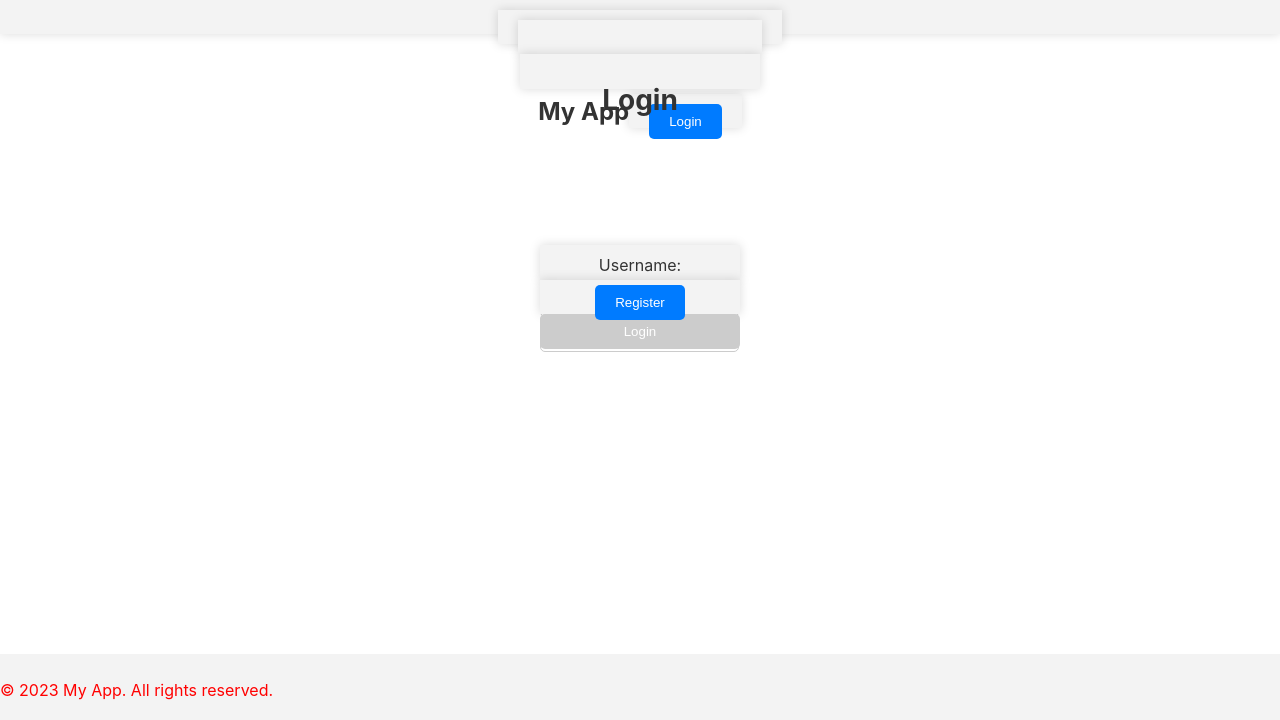
Repository: iMlearnDinG/react-app-v2
Page: /
An editor plug-in stored every save of this project. The page is shown before and after the next save, followed by the edit.
The browser window is 1280 px wide. The pictures show the whole page.
The page's requests for data from a server got no answer. The project was rebuilt for these pictures with package versions that can differ from the ones it lists, and the page was loaded fresh each time. No one was signed in, and anything a server would have sent is missing. Also part of the build but not shown: src/components/Register.js, src/components/Lobby.js, src/components/Game.js, src/components/Menu.js.

Above is the page before, as saved 2023-07-19 02:14:13.

After the next save:
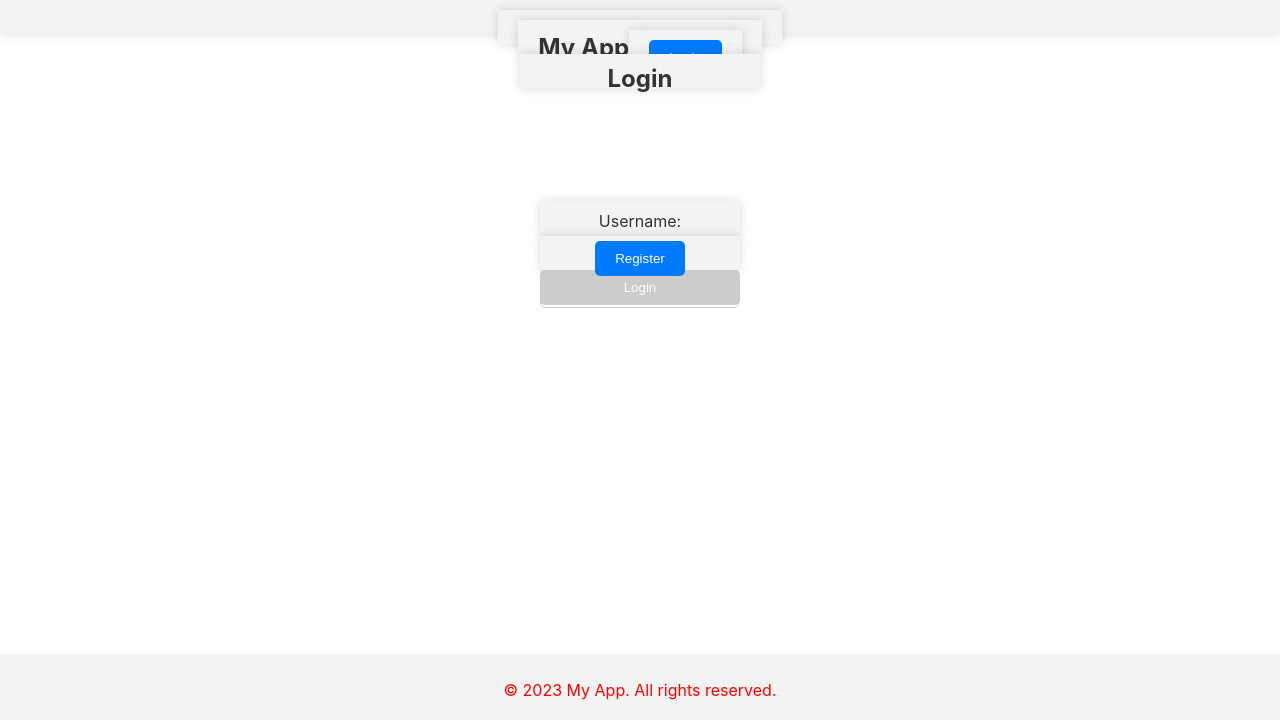
Saved 104 s later.
--- a/src/css/navbar.css
+++ b/src/css/navbar.css
@@ -1,32 +1,26 @@
 div {
     display: flex;
     justify-content: space-between;
-    align-items: center;
     padding: 10px 20px;
     background-color: #F3F3F3;
     box-shadow: 0px 0px 10px 0px rgba(0, 0, 0, 0.15);
   }
 
-  header, footer {
+  header {
     display: flex;
     justify-content: space-between;
     align-items: center;
     width: 100%;
   }
 
-  header {
-    margin-top: 4rem;
-  }
-
-  h1.app-name {
+  h1 {
     color: #333;
     font-size: 24px;
     margin: 0;
   }
 
-  .navbar-buttons {
-    display: flex;
-    align-items: center;
+  .right-corner {
+    margin-left: auto;
   }
 
   button {
